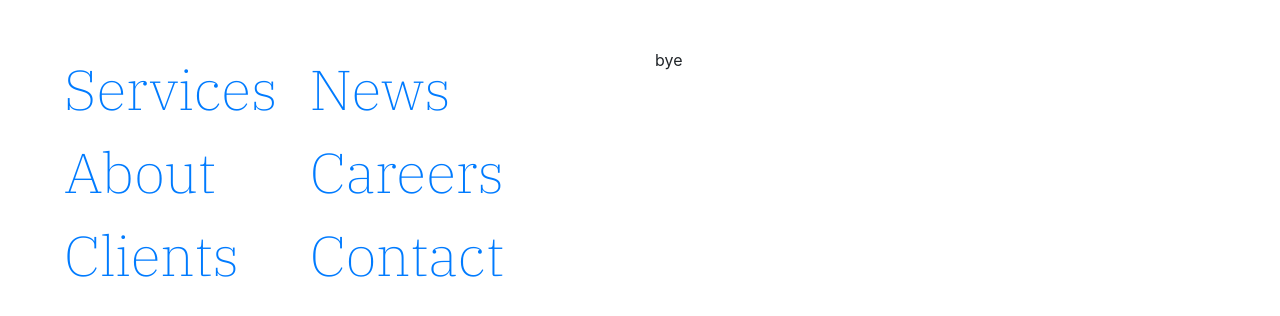
Repository: DeepaPrasanna/UenoClone
Page: /
These files come from the project's save history. The page is drawn as it stood at one moment and after the next save; the edit follows.
The browser window is 1280 px wide. The pictures show the whole page.
The project was rebuilt for these pictures with package versions that can differ from the ones it lists, and the page was loaded fresh each time. Also part of the build but not shown: src/components/Layout/Header.js.

Above is the page before, as saved 2021-05-04 10:52:14.

### public/index.html
<!DOCTYPE html>
<html lang="en">
  <head>
    <meta charset="utf-8" />
    <link rel="icon" href="%PUBLIC_URL%/favicon.ico" />
    <meta name="viewport" content="width=device-width, initial-scale=1" />
    <meta name="theme-color" content="#000000" />
    <meta name="description" content="Web site created using create-react-app" />
    <link rel="apple-touch-icon" href="%PUBLIC_URL%/logo192.png" />
    <!--
      manifest.json provides metadata used when your web app is installed on a
      user's mobile device or desktop. See https://developers.google.com/web/fundamentals/web-app-manifest/
    -->
    <link rel="manifest" href="%PUBLIC_URL%/manifest.json" />
    <!-- Bootstrap -->
    <link
      rel="stylesheet"
      href="https://cdn.jsdelivr.net/npm/bootstrap@4.6.0/dist/css/bootstrap.min.css"
      integrity="sha384-B0vP5xmATw1+K9KRQjQERJvTumQW0nPEzvF6L/Z6nronJ3oUOFUFpCjEUQouq2+l"
      crossorigin="anonymous"
    />
    <!-- font awesome -->
    <link
      rel="stylesheet"
      href="https://cdnjs.cloudflare.com/ajax/libs/font-awesome/5.15.3/css/all.min.css"
      integrity="sha512-iBBXm8fW90+nuLcSKlbmrPcLa0OT92xO1BIsZ+ywDWZCvqsWgccV3gFoRBv0z+8dLJgyAHIhR35VZc2oM/gI1w=="
      crossorigin="anonymous"
    />
    <!--
      Notice the use of %PUBLIC_URL% in the tags above.
      It will be replaced with the URL of the `public` folder during the build.
      Only files inside the `public` folder can be referenced from the HTML.

      Unlike "/favicon.ico" or "favicon.ico", "%PUBLIC_URL%/favicon.ico" will
      work correctly both with client-side routing and a non-root public URL.
      Learn how to configure a non-root public URL by running `npm run build`.
    -->
    <title>React App</title>
  </head>
  <body>
    <noscript>You need to enable JavaScript to run this app.</noscript>
    <div id="root"></div>
    <!--
      This HTML file is a template.
      If you open it directly in the browser, you will see an empty page.

      You can add webfonts, meta tags, or analytics to this file.
      The build step will place the bundled scripts into the <body> tag.

      To begin the development, run `npm start` or `yarn start`.
      To create a production bundle, use `npm run build` or `yarn build`.
    -->
  </body>
</html>

### src/index.js
import React from "react";
import ReactDOM from "react-dom";
import "./index.css";
import App from "./App";
import reportWebVitals from "./reportWebVitals";
import "bootstrap/dist/css/bootstrap.min.css";

ReactDOM.render(<App />, document.getElementById("root"));

// If you want to start measuring performance in your app, pass a function
// to log results (for example: reportWebVitals(console.log))
// or send to an analytics endpoint. Learn more: https://bit.ly/CRA-vitals
reportWebVitals();

### src/index.css
@import url("https://fonts.googleapis.com/css2?family=IBM+Plex+Serif:wght@200&display=swap");

.contact-button {
  background-color: #cf3f74 !important;
}

.screen-first-column {
  font-family: "IBM Plex Serif", serif;
  font-weight: 200;
  font-size: 56px;
  line-height: 67px;
}
.screen-links {
  color: #252525;
}

### src/App.js
import { Container } from "react-bootstrap";

import MainLayout from "./components/Layout/MainLayout";

function App() {
  return (
    <div className="App">
      <MainLayout />
    </div>
  );
}

export default App;

### src/components/Layout/MainLayout.js
import React from "react";

import Header from "./Header";
import Screen from "./Screen";

const MainLayout = () => {
  return (
    <div>
      {/* <Header /> */}
      <Screen />
    </div>
  );
};

export default MainLayout;

### src/components/Layout/Screen.js
import React from "react";

import { Container, Row, Col, Nav } from "react-bootstrap";

const Screen = () => {
  return (
    <Container fluid className="p-5">
      <Row>
        <Col sm={6} className="d-flex flex-md-row screen-first-column">
          <Nav className="flex-column">
            <Nav.Link href="#">Services</Nav.Link>
            <Nav.Link href="#">About</Nav.Link>
            <Nav.Link href="#">Clients</Nav.Link>
          </Nav>
          <Nav className="flex-column">
            <Nav.Link href="#">News</Nav.Link>
            <Nav.Link href="#">Careers</Nav.Link>
            <Nav.Link href="#">Contact</Nav.Link>
          </Nav>
        </Col>
        <Col sm={6}>bye</Col>
      </Row>
    </Container>
  );
};

export default Screen;

Loaded but not shown: src/reportWebVitals.js (common file)

After the next save:
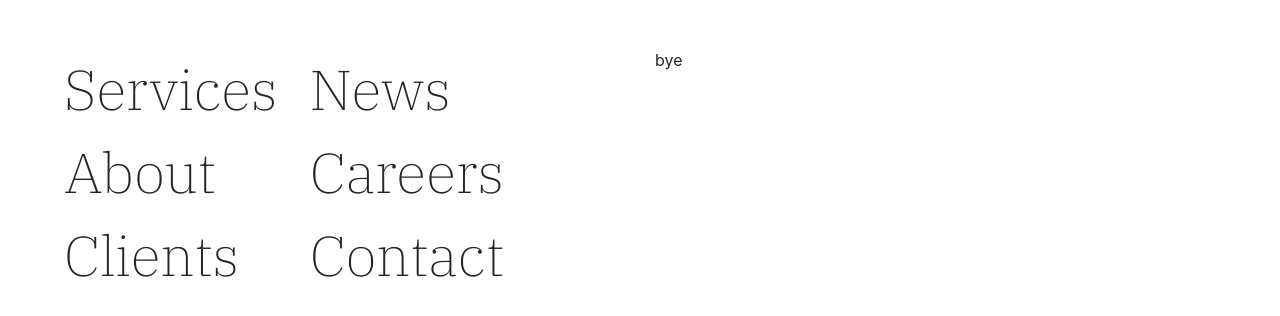
Saved 38 s later.
--- a/src/components/Layout/Screen.js
+++ b/src/components/Layout/Screen.js
@@ -8,14 +8,26 @@
       <Row>
         <Col sm={6} className="d-flex flex-md-row screen-first-column">
           <Nav className="flex-column">
-            <Nav.Link href="#">Services</Nav.Link>
-            <Nav.Link href="#">About</Nav.Link>
-            <Nav.Link href="#">Clients</Nav.Link>
+            <Nav.Link href="#" className="screen-links">
+              Services
+            </Nav.Link>
+            <Nav.Link href="#" className="screen-links">
+              About
+            </Nav.Link>
+            <Nav.Link href="#" className="screen-links">
+              Clients
+            </Nav.Link>
           </Nav>
           <Nav className="flex-column">
-            <Nav.Link href="#">News</Nav.Link>
-            <Nav.Link href="#">Careers</Nav.Link>
-            <Nav.Link href="#">Contact</Nav.Link>
+            <Nav.Link href="#" className="screen-links">
+              News
+            </Nav.Link>
+            <Nav.Link href="#" className="screen-links">
+              Careers
+            </Nav.Link>
+            <Nav.Link href="#" className="screen-links">
+              Contact
+            </Nav.Link>
           </Nav>
         </Col>
         <Col sm={6}>bye</Col>
